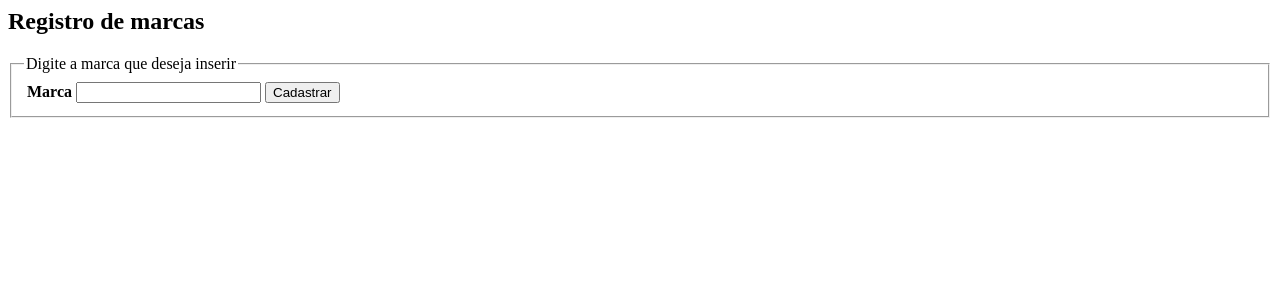
Repository: alysonrode/ProjetoTrilhaWeb
Page: ProjetoTrilhaWeb/WebContent/pages/admin/brands/index.html
The author's editor kept a copy of each file at every save. The page is drawn from the files as they stood at one save, then again after the next save.
The browser window is 1280 px wide. The pictures show the whole page.

Above is the page before, as saved 2019-10-30 00:26:35.

After the next save:
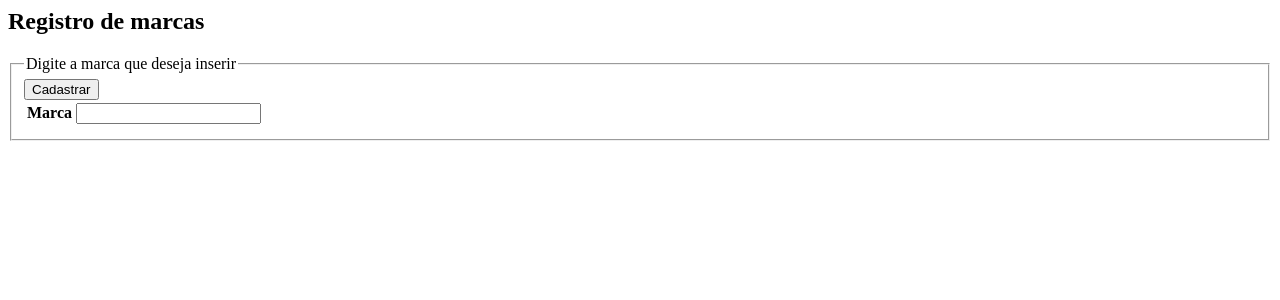
Saved 16 s later.
--- a/ProjetoTrilhaWeb/WebContent/pages/admin/brands/index.html
+++ b/ProjetoTrilhaWeb/WebContent/pages/admin/brands/index.html
@@ -9,9 +9,9 @@
             <td>
                 <input type="text" name="marca">
             </td>
-            <td>
+            <tr>
             	<button type="button"> Cadastrar </button>
-            </td>
+            </tr>
 
 
         </table>
